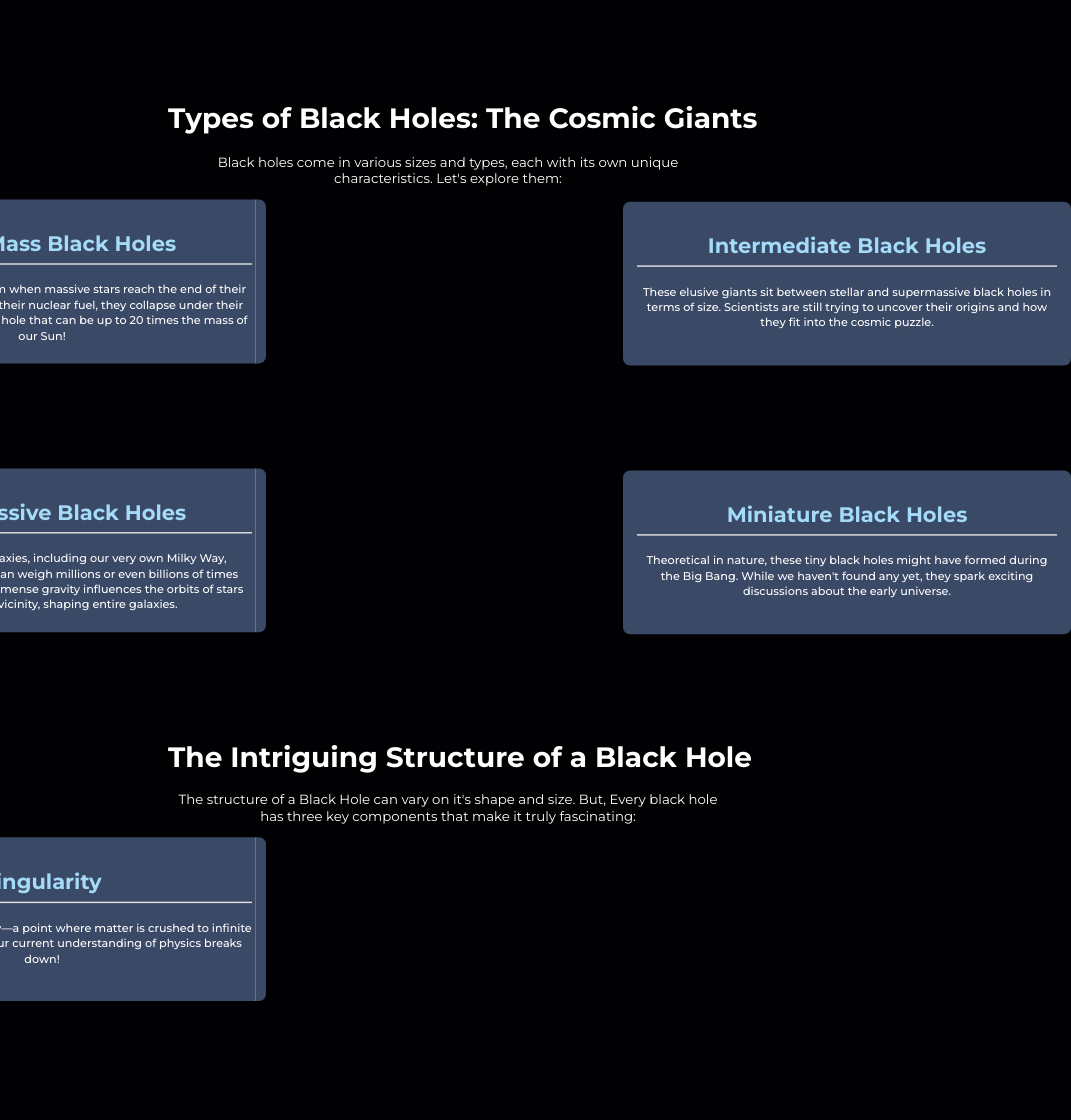
Repository: english-only/Space-Website
Page: black_hole.html
These files come from the project's save history. The page is drawn as it stood at one moment and after the next save; the edit follows.
The browser window is 1280 px wide. The page is 1530 px wide, so the pictures cover 1530 px, including what lies to the right of the window. The pictures show the part of the page from y = 883 to 2483 px (the page is 2483 px tall), at 70% of full size.
Backgrounds fixed to the window are drawn as part of the page.

Above is the page before, as saved 2025-04-15 19:21:32.

After the next save:
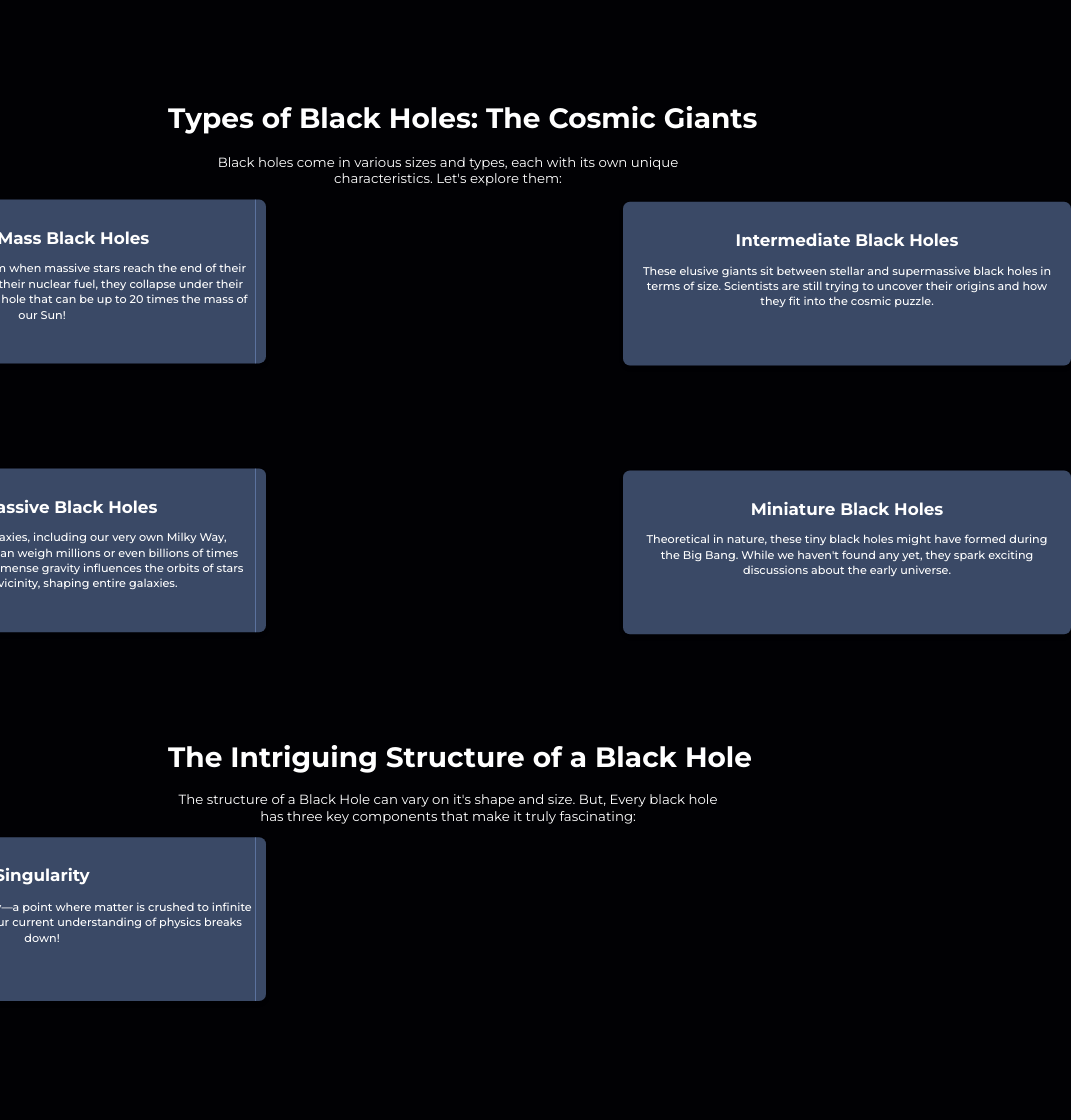
Saved 21 s later.
--- a/main.css
+++ b/main.css
@@ -410,6 +410,8 @@ h1 {
   font-size: 16px;
 }
 
+.content
+
 .black-hole-type h2 {
   color: #a4dbf9;
   border-bottom: 2px solid #e5e5e5;
